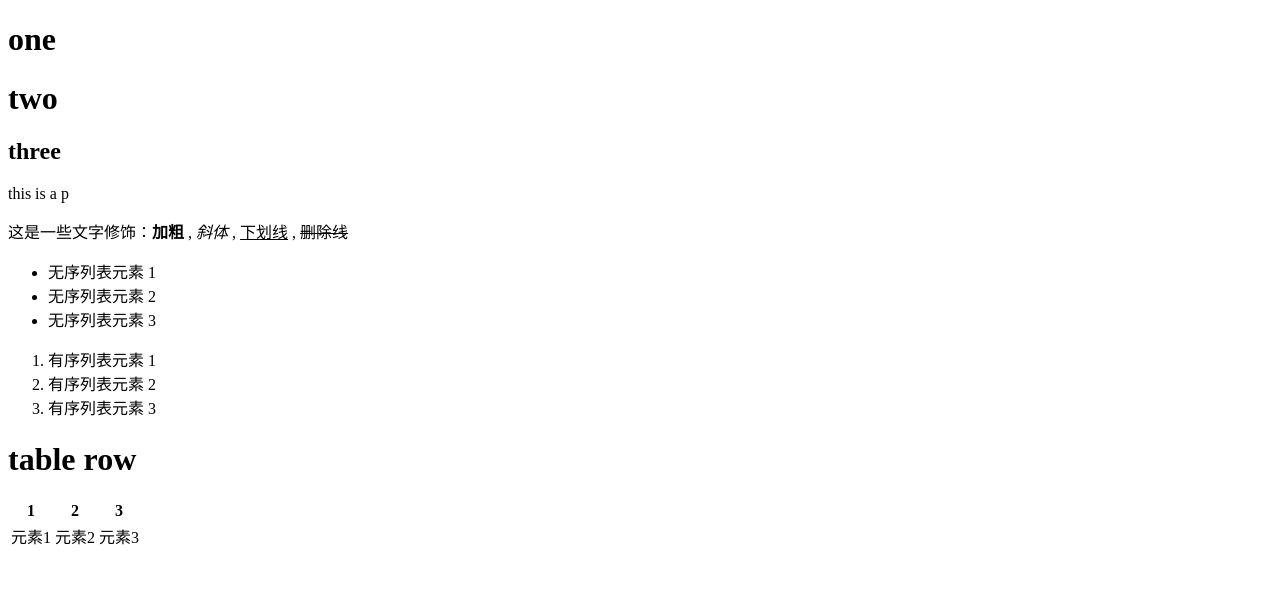
Repository: supercubes/Web
Page: first.html
An editor plug-in stored every save of this project. The page is shown before and after a run of saves, followed by the edit.
The browser window is 1280 px wide. The pictures show the whole page.

Above is the page before, as saved 2025-03-21 20:19:29.

After the next 3 saves:
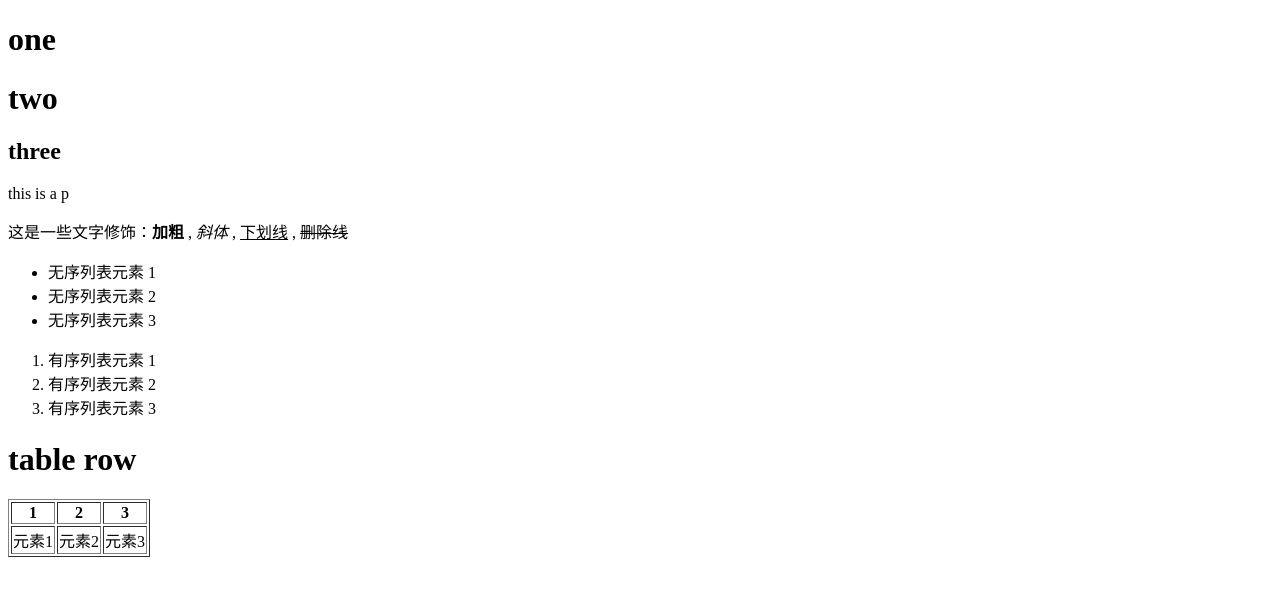
The 3 saves are shown as one change because they came seconds apart.
The last was saved 18 s later.
--- a/first.html
+++ b/first.html
@@ -25,7 +25,7 @@
     <li>有序列表元素 3</li>
 </ol>
 <h1>table row</h1>
-<table>
+<table border="1">
     <tr>
         <th>1</th>
         <th>2</th>
